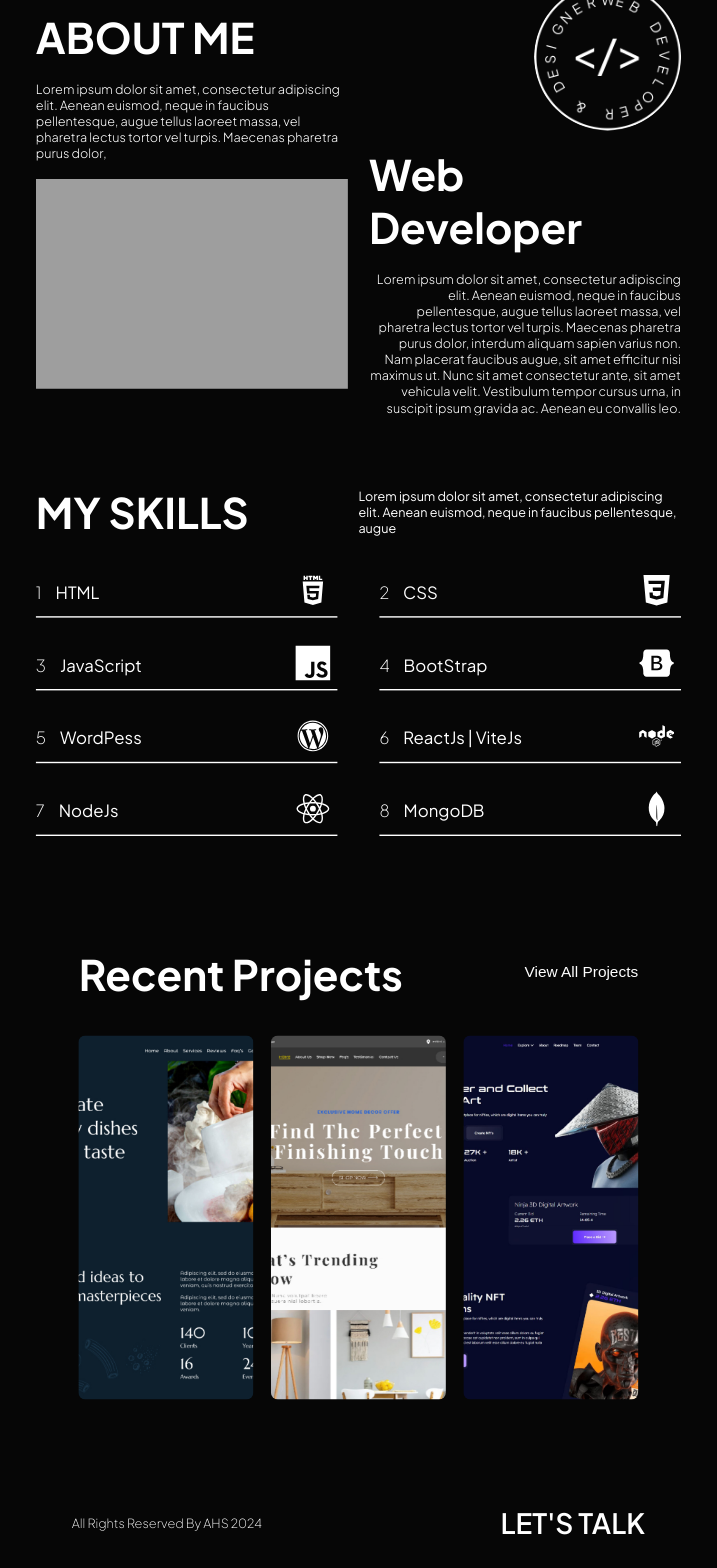
Repository: AliHassan02-Dev/PORTFOLIO
Page: / (app in Front-end/)
The author's editor kept a copy of each file at every save. The page is drawn from the files as they stood at one save, then again after the next save.
The browser window is 1024 px wide. The pictures show the part of the page from y = 1216 to 3456 px (the page is 3456 px tall before and 3408 px after), at 70% of full size.
Pictures or frames that could not be fetched are drawn as grey boxes. The project was rebuilt for these pictures with package versions that can differ from the ones it lists, and the page was loaded fresh each time. Also part of the build but not shown: Front-end/vite.config.js, Front-end/src/Pages/Projects.jsx, Front-end/src/Pages/AllProjects.jsx, Front-end/src/Components/ProjectPreview.jsx.

Above is the page before, as saved 2024-08-24 07:37:53.

### Front-end/src/main.jsx
import React from 'react'
import ReactDOM from 'react-dom/client'
import App from './App.jsx'
import './App.css'
import { BrowserRouter, Route, Routes } from 'react-router-dom'
import AllProjects from './Pages/AllProjects.jsx'
import ProjectPreview from './Components/ProjectPreview.jsx'

ReactDOM.createRoot(document.getElementById('root')).render(
  <>
    <BrowserRouter>
      <Routes>
        <Route path='/' element={<App />} />
        <Route path='/Projects' element={<AllProjects />} />
        <Route path='/projects/projectPreview' element={<ProjectPreview />} />
      </Routes>
    </BrowserRouter>
  </>
)

### Front-end/src/App.css
@import url("https://fonts.googleapis.com/css2?family=Plus+Jakarta+Sans:ital,wght@0,200..800;1,200..800&display=swap");
* {
  margin: 0;
  padding: 0;
  box-sizing: border-box;
}

body {
  width: 100%;
  height: 100%;
  background-color: #060606;
  color: white;
  font-family: "Plus Jakarta Sans", sans-serif;
}

.mainWrapper {
  width: 100%;
  height: 100%;
  position: relative;
  overflow: hidden;
}

/* HOME CONTAINER CSS */
.homeContainer {
  width: 100vw;
  height: 1000px;
  display: flex;
  flex-direction: column;
}

/* NAVBAR CSS */
/* MENU CSS */
.menu {
  width: 100%;
  height: 1000px;
  position: fixed;
  background-color: #060606;
  transform: translateY(-100%);
  z-index: 20;
  display: flex;
  justify-content: center;
  align-items: center;
  opacity: 0;
}

.menu .links {
  width: 100%;
  display: flex;
  justify-content: center;
  align-items: center;
  flex-direction: column;
  height: 100%;
  gap: 40px;
}

.menu .links a {
  color: white;
  font-size: 40px;
  font-weight: 400;
  text-decoration: none;
  position: relative;
  padding-bottom: 10px;
}
.menu .links a::before {
  content: "";
  position: absolute;
  width: 0%;
  height: 2px;
  background-color: white;
  bottom: 0;
  left: 50%;
  transform: translateX(-50%);
  transition: all 0.3s ease-out;
}
.menu .links a:hover::before {
  width: 100%;
}

.navBar {
  margin: 30px auto;
  width: 80%;
  display: flex;
  justify-content: space-between;
  align-items: center;
  padding: 0px 20px;
  position: relative;
  /* left: 50%;
  transform: translateX(-50%); */
  z-index: 25;
}

.navBar a {
  text-decoration: none;
  font-size: 25px;
  font-weight: 600;
  color: white;
}

.navBar .menuBtn,
.navBar .menuBtn-active {
  width: 30px;
  height: 30px;
  display: flex;
  justify-content: center;
  align-items: flex-end;
  flex-direction: column;
  overflow: hidden;
  cursor: pointer;
  transition: all 0.3s ease-in-out;
  opacity: 1 !important;
}
.navBar .menuBtn span,
.navBar .menuBtn-active span {
  width: 100%;
  height: 3px;
  background-color: white;
  border-radius: 20px;
  cursor: pointer;
  transition: all 0.3s ease-in-out;
  opacity: 1 !important;
}
.navBar .menuBtn #line1 {
  transform: translateY(-8px);
}
.navBar .menuBtn #line2 {
  width: 70%;
}
.navBar .menuBtn #line3 {
  width: 40%;
  transform: translateY(8px);
}
/* ACTIVE CLASSES */
.navBar .menuBtn-active {
  width: 30px;
  height: 30px;
  transition: all 0.3s ease-in-out;
}

.navBar .menuBtn-active #line1 {
  transform: translateY(5px) rotate(45deg) !important;
}
.navBar .menuBtn-active #line2 {
  width: 70%;
  transform: translateX(150%) !important;
}
.navBar .menuBtn-active #line3 {
  width: 100%;
  transform: translateY(-1px) rotate(-45deg) !important;
}

/* HERO SECTION CSS */
.homeContainer .heroContainer {
  width: 100%;
  height: 100%;
  display: flex;
  flex-direction: column;
  justify-content: center;
  align-items: center;
  position: relative;
}

.homeContainer .heroContainer h2 {
  font-size: 180px;
  font-weight: bold;
  position: absolute;
  text-wrap: nowrap;
}
.homeContainer .heroContainer .nonStroke {
  z-index: 5;
}
.homeContainer .heroContainer .strokeText1,
.homeContainer .heroContainer .strokeText2 {
  -webkit-text-stroke: 2px #fff;
  -webkit-text-fill-color: #060606;
  opacity: 0;
}
.homeContainer .heroContainer .strokeText1 {
  transform: translateY(0%);
}
.homeContainer .heroContainer .strokeText2 {
  transform: translateY(0%);
}

/* HERO SECTION RESPONSIVE CSS */

@media (max-width: 1200px) {
  .homeContainer .heroContainer h2 {
    font-size: 110px;
  }
}

@media (max-width: 968px) {
  .homeContainer .heroContainer h2 {
    font-size: 80px;
  }
}

@media (max-width: 768px) {
  .homeContainer .heroContainer h2 {
    font-size: 70px;
  }
}

@media (max-width: 568px) {
  .homeContainer .heroContainer h2 {
    font-size: 50px;
  }
}

/* HERO SECTION END */

/* ABOUT SECTION CSS */
.mainWrapper .aboutContainer {
  width: 80%;
  height: 1000px;
  display: flex;
  justify-content: center;
  align-items: center;
  margin: auto;
  gap: 30px;
}

.mainWrapper .aboutContainer .left,
.mainWrapper .aboutContainer .right {
  flex: 1;
  display: flex;
  flex-direction: column;
  gap: 25px;
  overflow: hidden;
}

.mainWrapper .aboutContainer .left h2 {
  color: white;
  font-size: 80px;
  font-weight: bold;
}

.mainWrapper .aboutContainer .left p {
  color: white;
  font-size: 22px;
  font-weight: 300;
}

.mainWrapper .aboutContainer .left .imageBox {
  width: 100%;
  height: 350px;
  background-image: url(./assets/2.jpg);
  background-position: center;
  background-repeat: no-repeat;
  background-size: cover;
  transform-origin: top;
}

.mainWrapper .aboutContainer .right {
  align-items: flex-end;
}

.mainWrapper .aboutContainer .right .circleImg {
  width: 300px;
  height: 300px;
  border-radius: 100%;
  background-image: url(./assets/circleText.png);
  background-position: center;
  background-repeat: no-repeat;
  background-size: cover;
}

.mainWrapper .aboutContainer .right h2 {
  color: white;
  font-size: 80px;
  font-weight: bold;
}

.mainWrapper .aboutContainer .right p {
  color: white;
  font-size: 22px;
  font-weight: 300;
  text-align: right;
}

/* ABOUT SECTION RESPONSIVE */

@media (max-width: 1200px) {
  .mainWrapper .aboutContainer {
    width: 90%;
    height: auto;
    margin: 100px auto;
  }

  .mainWrapper .aboutContainer .left h2 {
    font-size: 60px;
  }

  .mainWrapper .aboutContainer .left p {
    font-size: 18px;
  }

  .mainWrapper .aboutContainer .left .imageBox {
    height: 300px;
  }

  .mainWrapper .aboutContainer .right .circleImg {
    width: 210px;
    height: 210px;
  }

  .mainWrapper .aboutContainer .right h2 {
    font-size: 60px;
  }

  .mainWrapper .aboutContainer .right p {
    font-size: 18px;
  }
}

@media (max-width: 768px) {
  .mainWrapper .aboutContainer {
    width: 100%;
    height: 100%;
    display: flex;
    flex-direction: column;
    justify-content: center;
    align-items: center;
    margin: 100px auto;
    padding: 20px 30px;
  }

  .mainWrapper .aboutContainer .left h2 {
    font-size: 60px;
  }

  .mainWrapper .aboutContainer .left p {
    font-size: 18px;
  }

  .mainWrapper .aboutContainer .left .imageBox {
    height: 300px;
  }

  .mainWrapper .aboutContainer .right .circleImg {
    width: 210px;
    height: 210px;
  }

  .mainWrapper .aboutContainer .right h2 {
    font-size: 60px;
  }

  .mainWrapper .aboutContainer .right p {
    font-size: 18px;
  }
}

@media (max-width: 568px) {
  .mainWrapper .aboutContainer {
    padding: 20px;
  }

  .mainWrapper .aboutContainer .left h2 {
    font-size: 40px;
  }

  .mainWrapper .aboutContainer .left p {
    font-size: 16px;
  }

  .mainWrapper .aboutContainer .left .imageBox {
    height: 240px;
  }

  .mainWrapper .aboutContainer .right .circleImg {
    width: 180px;
    height: 180px;
  }

  .mainWrapper .aboutContainer .right h2 {
    font-size: 40px;
  }

  .mainWrapper .aboutContainer .right p {
    font-size: 16px;
  }
}

/* ABOUT SECTION CSS END */

/* SKILLS SECTION CSS */
.mainWrapper .skillsContainer {
  width: 80%;
  height: 1000px;
  display: flex;
  justify-content: center;
  flex-direction: column;
  margin: auto;
  gap: 30px;
  overflow: hidden;
}

.mainWrapper .skillsContainer .top {
  width: 100%;
  display: flex;
  justify-content: space-between;
  align-items: center;
}

.mainWrapper .skillsContainer .top .left,
.mainWrapper .skillsContainer .top .right {
  flex: 1;
}

.mainWrapper .skillsContainer .top .left h2 {
  font-size: 80px;
  font-weight: bold;
  color: white;
}
.mainWrapper .skillsContainer .top .right p {
  font-size: 22px;
}

.mainWrapper .skillsContainer .bottom {
  width: 100%;
  display: flex;
  justify-content: space-between;
  align-items: flex-start;
  margin: 20px 0px;
}

.mainWrapper .skillsContainer .bottom {
  width: 100%;
  height: 100%;
  display: grid;
  grid-template-columns: 1fr 1fr;
  grid-template-rows: auto auto auto auto;
  gap: 0px 60px;
}
.mainWrapper .skillsContainer .bottom .skillBar {
  width: 100%;
  display: flex;
  justify-content: space-between;
  align-items: center;
  padding-bottom: 10px;
  position: relative;
  cursor: pointer;
}
.mainWrapper .skillsContainer .bottom .skillBar .left {
  display: flex;
  align-items: center;
  gap: 20px;
}

.mainWrapper .skillsContainer .bottom .skillBar .left p {
  color: white;
  font-size: 30px;
  font-weight: 200;
}
.mainWrapper .skillsContainer .bottom .skillBar .left h2 {
  color: white;
  font-size: 30px;
  font-weight: 400;
}

.mainWrapper .skillsContainer .bottom .skillBar .right .skillLogo {
  font-size: 50px;
  color: white;
  margin-right: 10px;
}

/* SKILLS SECTION CSS RESPONSIVE */

@media (max-width: 1200px) {
  .mainWrapper .skillsContainer {
    width: 90%;
    height: 100%;
    margin: 100px auto;
  }

  .mainWrapper .skillsContainer .top .left h2 {
    font-size: 60px;
    font-weight: bold;
    color: white;
  }
  .mainWrapper .skillsContainer .top .right p {
    font-size: 18px;
  }

  .mainWrapper .skillsContainer .bottom {
    gap: 40px 60px;
  }

  .mainWrapper .skillsContainer .bottom .skillBar .left p {
    font-size: 24px;
  }

  .mainWrapper .skillsContainer .bottom .skillBar .left h2 {
    font-size: 24px;
  }

  .mainWrapper .skillsContainer .bottom .skillBar .right .skillLogo {
    font-size: 50px;
    color: white;
    margin-right: 10px;
  }
}

/* SKILLS SECTION CSS END */

/* PROJECTS SECTION CSS */
.mainWrapper .projectContainer {
  width: 80%;
  height: 1000px;
  display: flex;
  justify-content: center;
  flex-direction: column;
  margin: auto;
  gap: 30px;
}

.mainWrapper .projectContainer .top {
  width: 100%;
  display: flex;
  justify-content: space-between;
  align-items: center;
}

.mainWrapper .projectContainer .top .left,
.mainWrapper .projectContainer .top .right {
  flex: 1;
}

.mainWrapper .projectContainer .top .left h2 {
  font-size: 80px;
  font-weight: bold;
  color: white;
}
.mainWrapper .projectContainer .top .right p {
  font-size: 22px;
}

.mainWrapper .projectContainer .bottom {
  width: 100%;
  display: flex;
  margin-top: 50px;
}

.mainWrapper .projectContainer .bottom {
  display: flex;
  flex-direction: column;
  overflow: hidden;
  gap: 100px;
}

.mainWrapper .projectContainer .bottom .projectBar {
  display: flex;
  justify-content: space-between;
  align-items: center;
  padding-bottom: 5px;
  position: relative;
  cursor: pointer;
  cursor: pointer;
}
.line {
  width: 100%;
  height: 2px;
  background-color: white;
  position: absolute;
  bottom: 0;
  left: 0;
}
.projectLine {
  width: 100%;
  height: 2px;
  background-color: white;
  position: absolute;
  bottom: 0;
  left: 0;
}
.mainWrapper .projectContainer .bottom .projectBar .left {
  display: flex;
  align-items: center;
  gap: 20px;
}

.mainWrapper .projectContainer .bottom .projectBar .left p {
  color: white;
  font-size: 30px;
  font-weight: 200;
}
.mainWrapper .projectContainer .bottom .projectBar .left h2 {
  color: white;
  font-size: 30px;
  font-weight: 400;
}

.mainWrapper .projectContainer .bottom .projectBar .right .arrow {
  font-size: 30px;
  color: white;
  margin-right: 10px;
  transform: rotate(-40deg);
}

/* HORIZONTAL SCROLING CSS */

.aboutSection,
.skillsSection,
.projectSection {
  width: 100vw;
  height: 1000px;
}

.aboutSection {
  background-color: burlywood;
}

.skillsSection {
  background-color: peru;
}

.projectSection {
  background-color: palegoldenrod;
}

.horizontalScrolling {
  display: flex;
  flex-wrap: nowrap;
}

/* .containers {
  position: absolute;
  top: 0 !important;
  left: 50% !important;
  transform: translateX(100%) !important;
} */

/* RIBBONS SECTION CSS */
.mainWrapper .ribbonContainer {
  width: 100%;
  display: flex;
  align-items: center;
  margin: 50px 0px;
}

.mainWrapper .ribbonContainer p {
  color: white;
  font-size: 80px;
  font-weight: bold;
  text-wrap: nowrap;
}
.mainWrapper .ribbonContainer span {
  -webkit-text-stroke: 1px #fff;
  -webkit-text-fill-color: #060606;
}

/* FOOTER SECTION CSS */
.footer {
  width: 100%;
  display: flex;
  justify-content: space-between;
  align-items: center;
  width: 80%;
  margin: 40px auto;
}

.footer .left {
  display: flex;
  flex-direction: column;
  gap: 20px;
}

.footer .left .socialLinks {
  display: flex;
  align-items: center;
  gap: 20px;
}
.footer .left .socialLinks a {
  font-size: 20px;
  font-weight: 400;
  color: white;
  text-decoration: none;
}
.footer .left p {
  color: white;
  font-size: 18px;
  font-weight: 200;
}

.footer .right h2 {
  font-size: 40px;
  font-weight: 600;
  color: white;
  cursor: pointer;
}

/* ALL PROJECTS PAGE CSS */
.projectsContainer {
  width: 80%;
  height: 100%;
  margin: auto;
  padding: 40px 10px;
}

.projectsContainer .topBar {
  width: 100%;
  display: flex;
  justify-content: space-between;
  align-items: center;
}

.projectsContainer .topBar .left h2 {
  font-size: 60px;
  font-weight: bold;
  color: white;
}

.projectsContainer .topBar .right button {
  background: none;
  border: none;
  outline: none;
  position: relative;
  overflow: hidden;
}

.projectsContainer .topBar .right button a {
  color: white;
  font-size: 22px;
  font-weight: 400;
  text-decoration: none;
  position: relative;
  display: block;
  padding-bottom: 5px;
  transition: 0.3s transform linear;
}
.projectsContainer .topBar .right button a::before {
  content: "";
  position: absolute;
  width: 100%;
  height: 2px;
  background-color: white;
  bottom: 0%;
  transform: translateX(200%);
  display: block;
  transition: 0.3s transform linear;
}
.projectsContainer .topBar .right button:hover a::before {
  transform: translateX(0%);
  transition: 0.3s transform linear;
}

.projectsContainer .hdg {
  font-size: 60px;
  font-weight: bold;
  color: white;
}

.projectsContainer .projectsWrapper {
  width: 100%;
  height: 100%;
  display: grid;
  grid-template-columns: 1fr 1fr 1fr;
  gap: 25px;
  margin: 50px 0px;
}

.projectsContainer .projectsWrapper .projectBox {
  width: 100%;
  max-width: 520px;
  height: 520px;
  margin-bottom: 20px;
}

.projectsContainer .projectsWrapper .projectBox .thumbnail {
  width: 100%;
  height: 100%;
  position: relative;
  overflow: hidden;
}

.projectsContainer .projectsWrapper .projectBox .thumbnail img {
  width: 100%;
  height: 100%;
  object-fit: cover;
  border-radius: 10px;
}

.projectsContainer .projectsWrapper .projectBox .thumbnail .overlay {
  width: 100%;
  height: 100%;
  display: flex;
  justify-content: center;
  align-items: center;
  gap: 40px;
  background-color: rgba(0, 0, 0, 0.6);
  position: absolute;
  top: -100%;
  transition: all 0.3s ease-in-out;
  border-radius: 10px;
}
.projectsContainer .projectsWrapper .projectBox .thumbnail:hover .overlay {
  top: 0;
}

.projectsContainer .projectsWrapper .projectBox .thumbnail .overlay .iconBox {
  display: flex;
  justify-content: center;
  align-items: center;
  padding: 15px;
  border-radius: 100%;
  cursor: pointer;
  transition: all 0.3s ease-in-out;
}
.projectsContainer
  .projectsWrapper
  .projectBox
  .thumbnail
  .overlay
  .iconBox:hover {
  background-color: rgba(255, 255, 255, 0.25);
  backdrop-filter: blur(20px);
}

.projectsContainer .projectsWrapper .projectBox .thumbnail .overlay .linkIcon {
  font-size: 25px;
  color: white;
}

/* PROJECT DETAILS CSS */
.projectDetails {
  width: 80%;
  height: 100%;
  display: flex;
  justify-content: space-between;
  margin: 40px auto;
  gap: 40px;
}

.projectDetails .left {
  flex: 2;
}

.projectDetails .left img {
  width: 100%;
}

.projectDetails .right {
  flex: 1;
  display: flex;
  flex-direction: column;
  gap: 40px;
  margin: 20px 0px;
}

.projectDetails .right .projectContent {
  width: 100%;
  padding: 20px;
  display: flex;
  flex-direction: column;
  gap: 20px;
  border-bottom: 1px solid rgba(255, 255, 255, 0.45);
}

.projectDetails .right .projectContent h2 {
  color: white;
  font-size: 25px;
  font-weight: 600;
}

.projectDetails .right .projectContent p {
  color: white;
  font-size: 20px;
  font-weight: 400;
}

.projectDetails .right .projectTechnology {
  border-bottom: 1px solid rgba(255, 255, 255, 0.45);
  width: 100%;
  padding: 20px;
  display: flex;
  justify-content: center;
  flex-direction: column;
  gap: 20px;
}

.projectDetails .right .projectTechnology h2 {
  color: white;
  font-size: 24px;
  font-weight: 600;
}

.projectDetails .right .projectTechnology .icons {
  display: flex;
  align-items: center;
  gap: 40px;
  flex-wrap: wrap;
}

.projectDetails .right .projectTechnology .techName {
  color: white;
  font-size: 60px;
  cursor: pointer;
  padding: 8px;
  transition: 0.3s ease-in-out;
}

.techName {
  color: white;
  font-size: 40px;
  cursor: pointer;
  padding: 8px;
  transition: 0.3s ease-in-out;
}

/* SKILL LOGOS COLOR */
.projectDetails .right .projectTechnology .techName:hover.html {
  background-color: #f16529;
  padding: 8px;
  border-radius: 5px;
}
.projectDetails .right .projectTechnology .techName:hover.css {
  background-color: #264de4;
  padding: 8px;
  border-radius: 5px;
}
.projectDetails .right .projectTechnology .techName:hover.js {
  color: #f7e018 !important;
  padding: 8px;
}
.projectDetails .right .projectTechnology .techName:hover.react {
  background-color: #61dbfb;
  padding: 8px;
  border-radius: 5px;
}
.projectDetails .right .projectTechnology .techName:hover.wordpress {
  background-color: #21759b;
  padding: 8px;
  border-radius: 5px;
}
.projectDetails .right .projectTechnology .techName:hover.node,
.projectDetails .right .projectTechnology .techName:hover.mongodb {
  background-color: #539e43;
  padding: 8px;
  border-radius: 5px;
}
.projectDetails .right .projectTechnology .techName:hover.vite {
  background: linear-gradient(
    90deg,
    rgba(88, 194, 254, 1) 0%,
    rgba(175, 83, 255, 1) 100%
  );
  padding: 8px;
  border-radius: 5px;
}

.techName:hover.figma {
  background: linear-gradient(
    180deg,
    rgba(242, 78, 30, 1) 0%,
    rgba(255, 114, 98, 1) 25%,
    rgba(162, 89, 255, 1) 50%,
    rgba(26, 188, 254, 1) 75%,
    rgba(10, 207, 131, 1) 100%
  );
  padding: 8px;
  border-radius: 5px;
}
.techName:hover.website {
  background: gray;
  padding: 8px;
  border-radius: 5px;
}

.projectDetails .right .links {
  border-bottom: 1px solid rgba(255, 255, 255, 0.45);
  width: 100%;
  padding: 20px;
  display: flex;
  flex-direction: column;
  justify-content: center;
  gap: 20px;
}

.projectDetails .right .links h2 {
  color: white;
  font-size: 24px;
  font-weight: 600;
}

.projectDetails .right .links .icons {
  display: flex;
  align-items: center;
  flex-direction: row;
  gap: 20px;
}

.projectDetails .right .links .linkIcon {
  color: white;
  font-size: 50px;
  padding: 10px;
  border-radius: 100%;
  cursor: pointer;
  transition: 0.3s ease-in-out;
}
.projectDetails .right .links .linkIcon:hover {
  background-color: rgba(255, 255, 255, 0.25);
  backdrop-filter: blur(20px);
}

### Front-end/src/Components/Footer.jsx
import React from "react";

const Footer = () => {
  return (
    <div className="footer">
      <div className="left">
        <p>All Rights Reserved By AHS 2024</p>
      </div>
      <div className="right">
        <h2>LET'S TALK</h2>
      </div>
    </div>
  );
};

export default Footer;

### Front-end/src/Components/Navbar.jsx
import React, { useEffect, useState } from 'react'
import { useGSAP } from '@gsap/react';
import gsap from 'gsap';
import { ScrollTrigger } from 'gsap/ScrollTrigger';
gsap.registerPlugin(ScrollTrigger)

const Navbar = ({ setClickedOnOpen, clickedOnOpen }) => {

    const handleClick = () => {
        setClickedOnOpen(!clickedOnOpen)
    }
    // useGSAP(() => {
    //     gsap.from('.navBar a', {
    //         transform: 'translateY(-10px)',
    //         opacity: 0,
    //         duration: 0.5,
    //         delay: 0.5
    //     })
    //     gsap.from('.navBar .menuBtn, .navBar .menuBtn-active', {
    //         transform: 'translateY(-10px)',
    //         opacity: 0,
    //         duration: 0.5,
    //         delay: 0.8
    //     })
    //     gsap.from('.navBar .menuBtn span, .navBar .menuBtn-active span', {
    //         transform: 'translateX(200px)',
    //         opacity: 0,
    //         duration: 0.5,
    //         delay: 1,
    //         stagger: 0.3
    //     })
    // })
    return (
        <div className='navBar'>
            {/* <div className="left"> */}
            <a href="">PORTFOLIO</a>
            {/* </div> */}
            {/* <div className="right"> */}
            <div className={`${clickedOnOpen ? 'menuBtn-active' : 'menuBtn'}`} onClick={handleClick}>
                <span id='line1'></span>
                <span id='line2'></span>
                <span id='line3'></span>
                {/* </div> */}
            </div>
        </div>
    )
}

export default Navbar

### Front-end/src/Components/ProjectsBox.jsx
import React from "react";
import { GoLink } from "react-icons/go";
import { FaArrowUpRightFromSquare } from "react-icons/fa6";
import { projectsData } from "../data";
import { Link, useNavigate } from "react-router-dom";

const ProjectsBox = () => {
  const navigate = useNavigate();

  return (
    <div className="projectsWrapper">
      {projectsData?.map((projects) => {
        return (
          <div className="projectBox">
            <div className="thumbnail">
              <img src={projects?.thumbnail} alt="" />
              <div className="overlay">
                <div className="iconBox">
                  <Link target={"_blank"} to={projects?.websiteLink}>
                    <GoLink className="linkIcon" />
                  </Link>
                </div>
                <div
                  className="iconBox"
                  onClick={() =>
                    navigate("/projects/projectPreview", { state: projects })
                  }
                >
                  <FaArrowUpRightFromSquare className="linkIcon" />
                </div>
              </div>
            </div>
          </div>
        );
      })}
    </div>
  );
};
export default ProjectsBox;

Loaded but not shown: Front-end/index.html (common file); Front-end/src/data.js (59 lines, source omitted); Front-end/src/Pages/Skills.jsx (169 lines, source omitted); Front-end/src/Pages/About.jsx (80 lines, source omitted); Front-end/src/App.jsx (87 lines, source omitted); Front-end/src/Pages/Home.jsx (53 lines, source omitted)

After the next save:
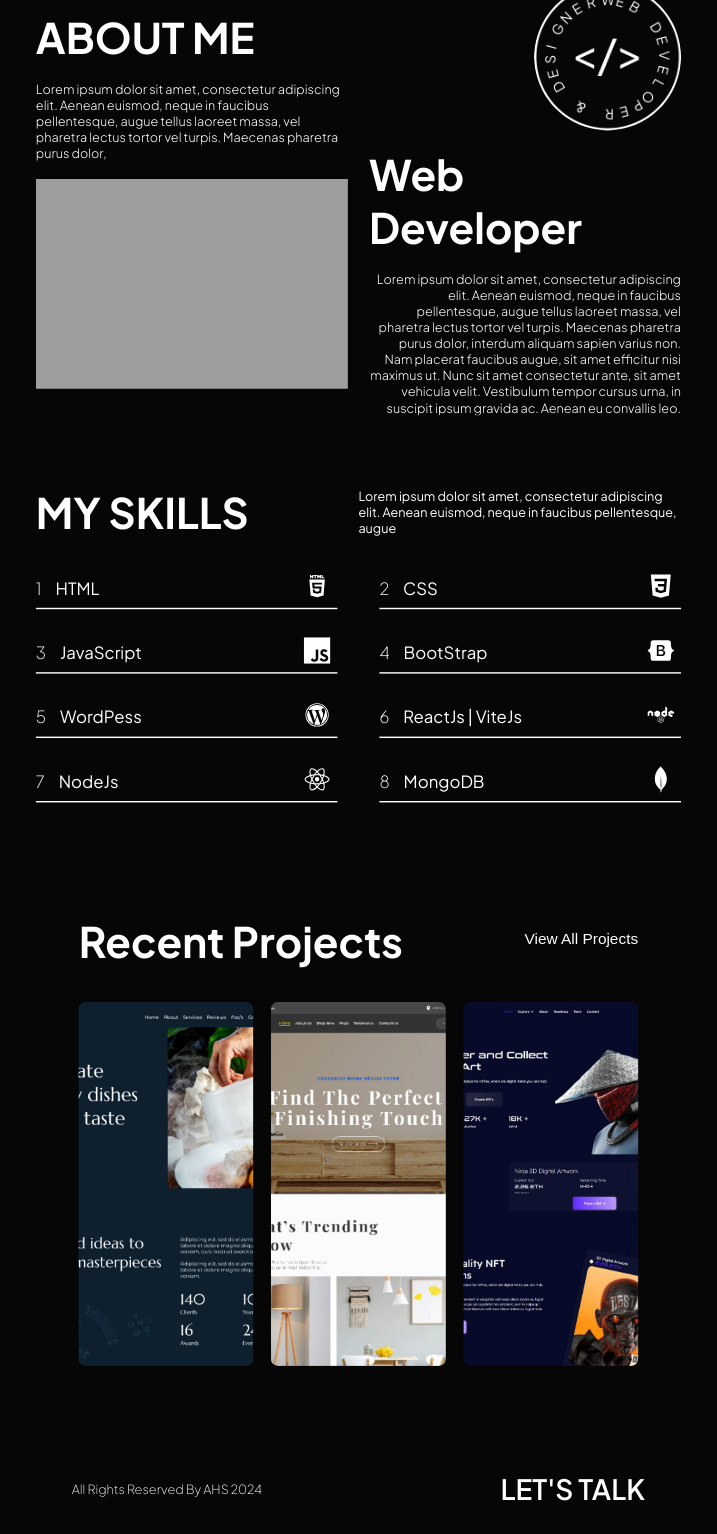
Saved 8 s later.
--- a/Front-end/src/App.css
+++ b/Front-end/src/App.css
@@ -496,7 +496,7 @@ body {
   }
 
   .mainWrapper .skillsContainer .bottom .skillBar .right .skillLogo {
-    font-size: 50px;
+    font-size: 38px;
     color: white;
     margin-right: 10px;
   }
